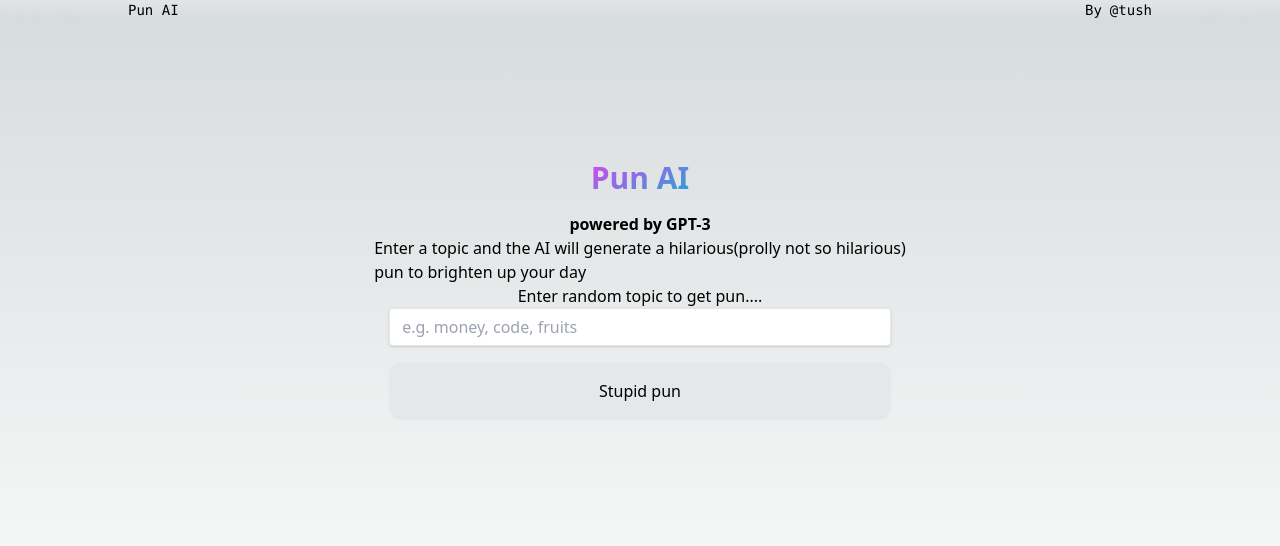
Repository: tushcmd/next-puns-ai
Page: /
These files come from the project's save history. The page is drawn as it stood at one moment and after the next save; the edit follows.
The browser window is 1280 px wide. The pictures show the whole page.
The project was rebuilt for these pictures with package versions that can differ from the ones it lists, and the page was loaded fresh each time. The framework's server and built-in components were replaced by stand-ins that run in the browser. Also part of the build but not shown: next.config.mjs, app/components/Spinner.tsx.

Above is the page before, as saved 2024-03-07 22:04:20.

### app/layout.tsx
import type { Metadata } from "next";
import { Inter } from "next/font/google";
import "./globals.css";

const inter = Inter({ subsets: ["latin"] });

export const metadata: Metadata = {
  title: "Create Next App",
  description: "Generated by create next app",
};

export default function RootLayout({
  children,
}: Readonly<{
  children: React.ReactNode;
}>) {
  return (
    <html lang="en">
      <body className={`{inter.className} w-full overflo-y-visible overflow-x-hidden`}>{children}</body>
    </html>
  );
}

### app/page.tsx
import Header from "./components/header";
import Hero from "./components/hero";



export default function Home() {

  return (
    <main className="flex min-h-screen flex-col items-center">
      <Header />
      <Hero />

    </main>
  );
}



 {/* async function handleSubmit(e: FormEvent:<HTMLFormElement>) {
    return ;
  }    */}

{/*Nav*/}
{/*
      <div className="z-10 max-w-5xl w-full items-center justify-between font-mono text-sm lg:flex">
        <p className="fixed left-0 top-0 flex w-full justify-center border-b border-gray-300 bg-gradient-to-b from-zinc-200 py-2 backdrop-blur-2xl dark:border-neutral-800 dark:bg-zinc-800/30 dark:from-inherit lg:static lg:w-auto  lg:rounded-xl lg:border lg:bg-gray-200 lg:p-0 lg:dark:bg-zinc-800/30">
          Pun AI
        </p>

        <div className="fixed bottom-0 left-0 flex h-48 w-full items-end justify-center bg-gradient-to-t from-white via-white dark:from-black dark:via-black lg:static lg:h-auto lg:w-auto lg:bg-none">
          {/*<div>
            Dak
       </div>
          <a
            className="pointer-events-none flex place-items-center gap-2 p-8 lg:pointer-events-auto lg:p-0"
            href="https://tushdev.co/"
            target="_blank"
            rel="noopener noreferrer"
          >
            By{" "}
            <p>@tush</p>
          </a>
        </div>
      </div>

      <div className="relative flex flex-col place-items-center before:absolute before:h-[300px] before:w-full sm:before:w-[480px] before:-translate-x-1/2 before:rounded-full before:bg-gradient-radial before:from-white before:to-transparent before:blur-2xl before:content-[''] after:absolute after:-z-20 after:h-[180px] after:w-full sm:after:w-[240px] after:translate-x-1/3 after:bg-gradient-conic after:from-sky-200 after:via-blue-200 after:blur-2xl after:content-[''] before:dark:bg-gradient-to-br before:dark:from-transparent before:dark:to-blue-700 before:dark:opacity-10 after:dark:from-sky-900 after:dark:via-[#0141ff] after:dark:opacity-40 before:lg:h-[360px] z-[-1]">
        <p className="p-4 lg:pb-8 text-xl">
          Generate a random pun from a topic to brighten your day <br /> with Pun AI
        </p>
        <svg
          xmlns="http://www.w3.org/2000/svg"
          width="156"
          height="156"
          viewBox="0 0 24 24"
          fill="none"
          stroke="#FFFFFF"
          stroke-width="2"
          stroke-linecap="round"
          stroke-linejoin="round"
          className="lucide lucide-smile"><circle cx="12" cy="12" r="10" /><path d="M8 14s1.5 2 4 2 4-2 4-2" /><line x1="9" x2="9.01" y1="9" y2="9" /><line x1="15" x2="15.01" y1="9" y2="9"
          />
        </svg>
      </div>

      <form className="flex flex-col justify-between mb-32 text-center lg:max-w-3xl lg:w-full lg:mb-0 lg:grid-cols-4">
        <div className='w-full mb-4'>
          <label className="block items-center justify-center mb-4" htmlFor="prompt-input">
            Enter random topic to get pun...
          </label>
          <input
            className="shadow appearance-none border rounded w-full py-2 px-3 text-gray-700 leading-tight focus:outline-none focus:shadow-outline"
            id="prompt-input"
            type="text"
            placeholder="e.g. money, code, fruits">
          </input>
        </div>
        <button
          type="submit"
          className="bg-blue-500 hover:bg-blue-700 text-white font-bold py-2 px-4 rounded focus:outline-none focus:shadow-outline"
        >
          Generate Pun
        </button>
      </form> */}

### app/components/header.tsx
import Link from "next/link";

export default function Header() {
    return (
        <header className="fixed flex justify-center items-center w-full z-50 t-0 bg-gradient-to-b from-zinc-200  backdrop-blur-2xl dark:bg-zinc-800/30 dark:from-inherit">
            <div className="flex flex-row items-center w-full md:max-w-5xl justify-between font-mono text-sm">
                <Link
                    className=""
                    href='/'
                >
                    Pun AI
                </Link>

                <Link
                    className="pointer-events-none flex place-items-center gap-2 p-8 lg:pointer-events-auto lg:p-0"
                    href="https://tushdev.co/"
                    target="_blank"
                    rel="noopener noreferrer"
                >
                    By{" "}
                    <p>@tush</p>
                </Link>
            </div>
        </header>


    );
}


{/*<header className = 'fixed flex justify-center items-center w-full z-50 t-0 border-gray-300 bg-gradient-to-b from-zinc-200 pb-6 pt-8 backdrop-blur-2xl dark:border-neutral-800 dark:bg-zinc-800/30 dark:from-inherit lg:static  lg:rounded-xl lg:border lg:bg-gray-200 lg:p-4 lg:dark:bg-zinc-800/30'>
            <div className="flex items-start md:max-w-5xl py-3 w-auto md:px-5 px-5 justify-start font-mono text-sm">
                <Link href='/' className=''> Pun AI</Link>
            </div>
        </header> */}

{/*} <div className="flex flex-row z-10 max-w-5xl w-full items-center justify-between font-mono text-sm">
            <p className="fixed left-0 top-0 flex items-start border-b border-gray-300 bg-gradient-to-b from-zinc-200 pb-6 pt-8 backdrop-blur-2xl dark:border-neutral-800 dark:bg-zinc-800/30 dark:from-inherit lg:static w-auto  lg:rounded-xl lg:border lg:bg-gray-200 lg:p-4 lg:dark:bg-zinc-800/30">
                Pun AI
            </p>
            <p>h2</p>
        </div> */}

### app/components/hero.tsx
'use client'

import { useState, FormEvent } from "react";
import Image from "next/image";
import Spinner from "./Spinner";




export default function Hero() {

    const [pun, setPun] = useState("");
    const [punLoading, setPunLoading] = useState(false);
    const [punLoadingError, setPunLoadingError] = useState(false);

    async function handleSubmit(e: FormEvent<HTMLFormElement>) {
        e.preventDefault();
        const formData = new FormData(e.target as HTMLFormElement);
        const prompt = formData.get("prompt")?.toString().trim();

        if (prompt) {
        try {
            setPun("");
            setPunLoadingError(false);
            setPunLoading(true);

            const response = await fetch("/api/cringe?prompt=" + encodeURIComponent(prompt));
            const body = await response.json();
            setPun(body.pun);
        } catch (error) {
            console.error(error);
            setPunLoadingError(true);
        } finally {
            setPunLoading(false);
        }
        }
    }



    return (
        <div className="flex flex-col relative justify-center items-center h-screen md:py-16 py-6 overflow-wrap">
            <p className="text-3xl font-bold pb-4 bg-gradient-to-br from-fuchsia-500 to-cyan-500 bg-clip-text text-transparent">Pun AI</p>
            <p className="text-base font-bold">powered by GPT-3</p>
            <div className="text-base ">Enter a topic and the AI will generate a hilarious(prolly not so hilarious) <br /> pun to brighten up your day</div>
            <div className='mx-[2rem] relative w-full flex items-center'>
                <Image
                    src={'/public/assets/OIP-crackmeup.jpg'}
                    fill
                    alt='Crack me up'
                    priority
                    className='object-cover rounded-3xl'
                    quality={75}
                    sizes="100vw"
                />
            </div>
            <form onSubmit={handleSubmit} className='flex flex-col justify-between mb-32 text-center'>
                <div className='mb-4'>
                    <label
                        className="mb-4"
                    >
                        Enter random topic to get pun....
                    </label>
                    <input
                        className="shadow appearance-none border rounded w-full py-2 px-3 text-gray-700 leading-tight focus:outline-none focus:shadow-outline"
                        id="prompt-input"
                        type="text"
                        placeholder="e.g. money, code, fruits">
                    </input>
                </div>
                <button type='submit' className='mb-3 border static rounded-xl bg-gray-200 p-4 dark:bg-zinc-800/30' disabled={punLoading}>
                    Stupid pun
                </button>
            </form>

            {punLoading && <Spinner />}
            {punLoadingError && "Something went wrong. Please try again."}
            {pun && <h5>{pun}</h5>}
        </div>
    )
}

### tailwind.config.ts
import type { Config } from "tailwindcss";

const config: Config = {
  content: [
    "./pages/**/*.{js,ts,jsx,tsx,mdx}",
    "./components/**/*.{js,ts,jsx,tsx,mdx}",
    "./app/**/*.{js,ts,jsx,tsx,mdx}",
  ],
  theme: {
    extend: {
      backgroundImage: {
        "gradient-radial": "radial-gradient(var(--tw-gradient-stops))",
        "gradient-conic":
          "conic-gradient(from 180deg at 50% 50%, var(--tw-gradient-stops))",
      },
      heroimage: {
        'hero': "url('/public/assets/OIC-crackmeup.jpg')",
      }
    },
  },
  plugins: [],
};
export default config;

Loaded but not shown: app/globals.css (common file)

After the next save:
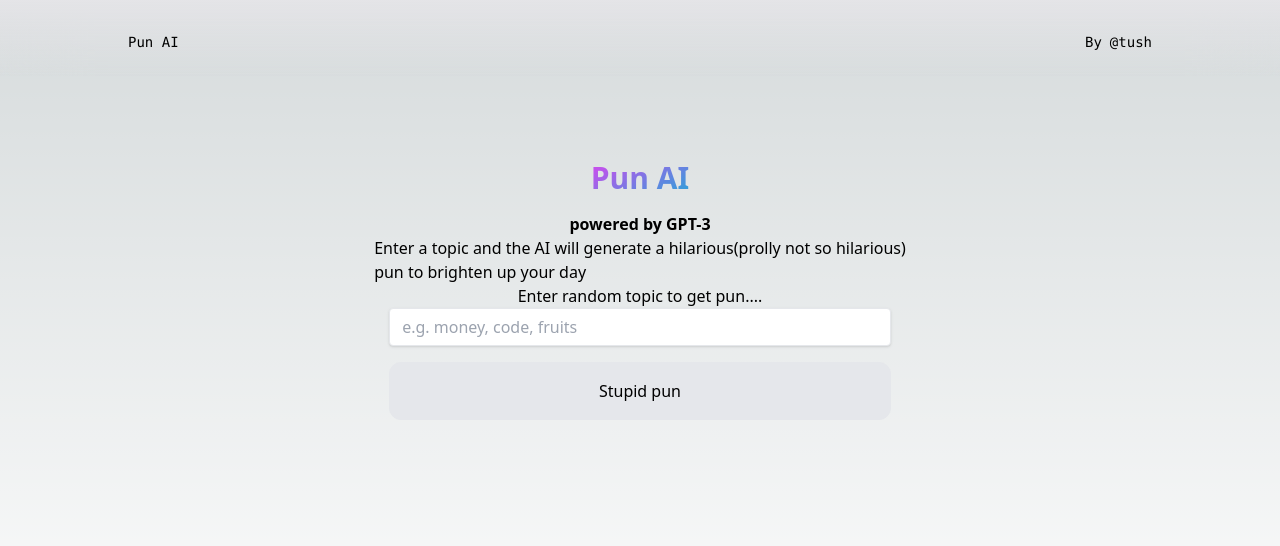
Saved 65 s later.
--- a/app/components/header.tsx
+++ b/app/components/header.tsx
@@ -2,7 +2,7 @@
 
 export default function Header() {
     return (
-        <header className="fixed flex justify-center items-center w-full z-50 t-0 bg-gradient-to-b from-zinc-200  backdrop-blur-2xl dark:bg-zinc-800/30 dark:from-inherit">
+        <header className="fixed flex justify-center items-center w-full z-50 t-0 bg-gradient-to-b from-zinc-200 md:pb-6 md:pt-8 backdrop-blur-2xl dark:bg-zinc-800/30 dark:from-inherit">
             <div className="flex flex-row items-center w-full md:max-w-5xl justify-between font-mono text-sm">
                 <Link
                     className=""
